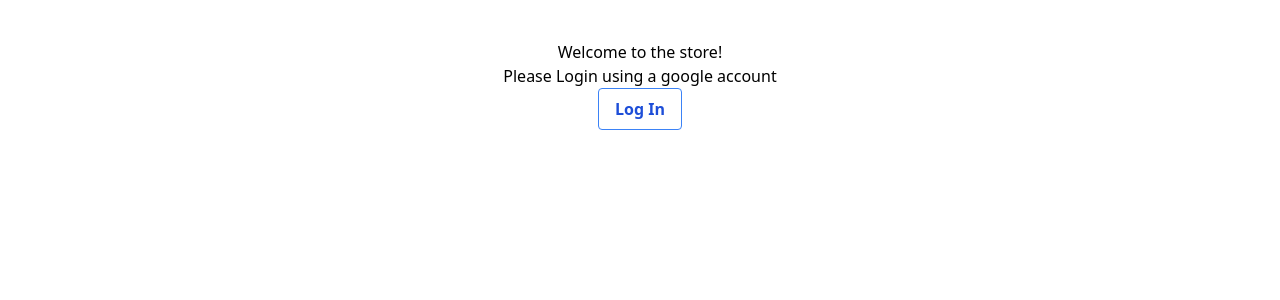
Repository: Siravian-index/rehab-store
Page: /
These files come from the project's save history. The page is drawn as it stood at one moment and after the next save; the edit follows.
The browser window is 1280 px wide. The pictures show the whole page.
The project was rebuilt for these pictures with package versions that can differ from the ones it lists, and the page was loaded fresh each time. Also part of the build but not shown: craco.config.js, src/components/Footer.jsx, src/components/LogoutButton.jsx, src/components/Navbar.jsx.

Above is the page before, as saved 2021-11-01 08:46:27.

After the next save:
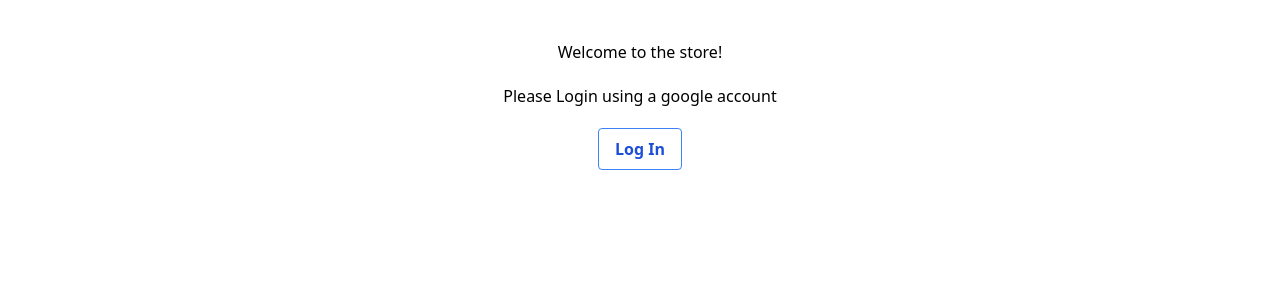
Saved 84 s later.
--- a/src/components/WelcomePage.jsx
+++ b/src/components/WelcomePage.jsx
@@ -3,9 +3,9 @@ import LoginButton from './LoginButton';
 const WelcomePage = () => {
   return (
     <div className='w-1/2 m-auto my-10 text-center'>
-      <h3 className=''>Welcome to the store!</h3>
-      <p className=''>Please Login using a google account </p>
-      <div className=''>
+      <h3 className='my-5'>Welcome to the store!</h3>
+      <p className='my-5'>Please Login using a google account </p>
+      <div className='my-5'>
         <LoginButton />
       </div>
     </div>
